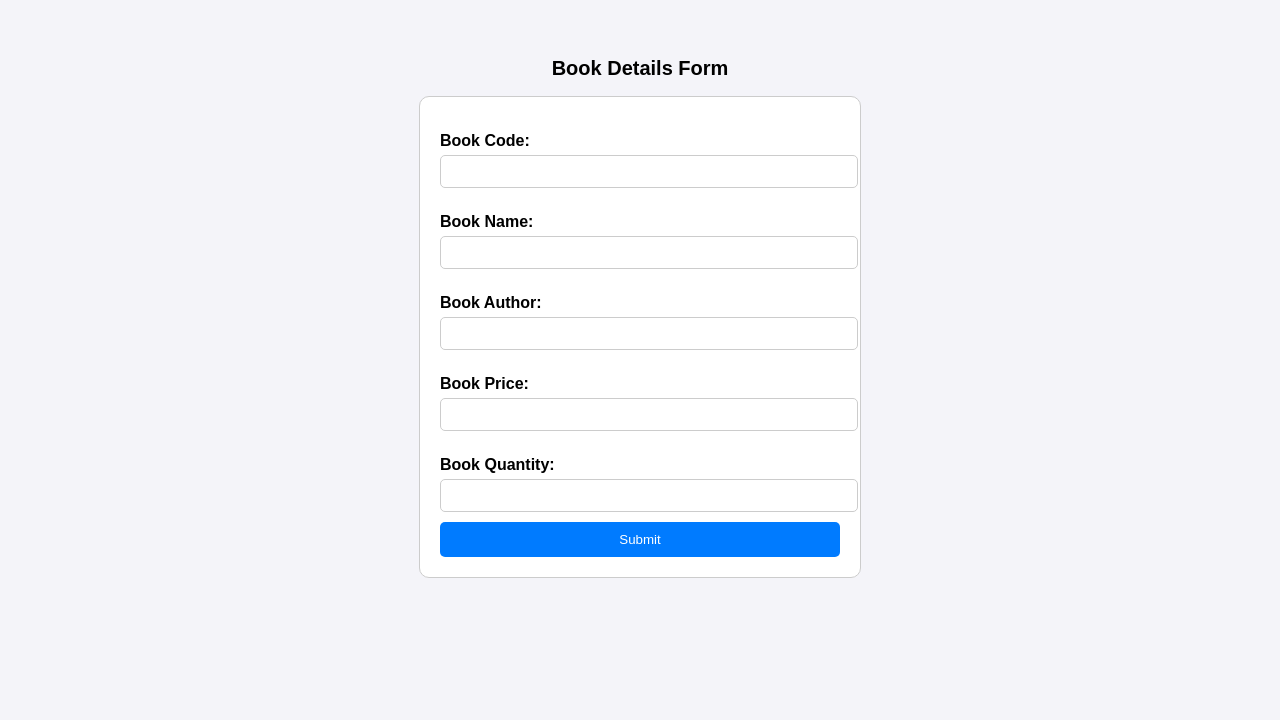
Repository: GokulLade/WebApps_with_Servlets_JSP
Page: 02_ReadDisplayBookDetails/src/main/webapp/index.html
The author's editor kept a copy of each file at every save. The page is drawn from the files as they stood at one save, then again after the next save.
The browser window is 1280 px wide. The pictures show the whole page.

Above is the page before, as saved 2024-11-30 11:05:12.

After the next save:
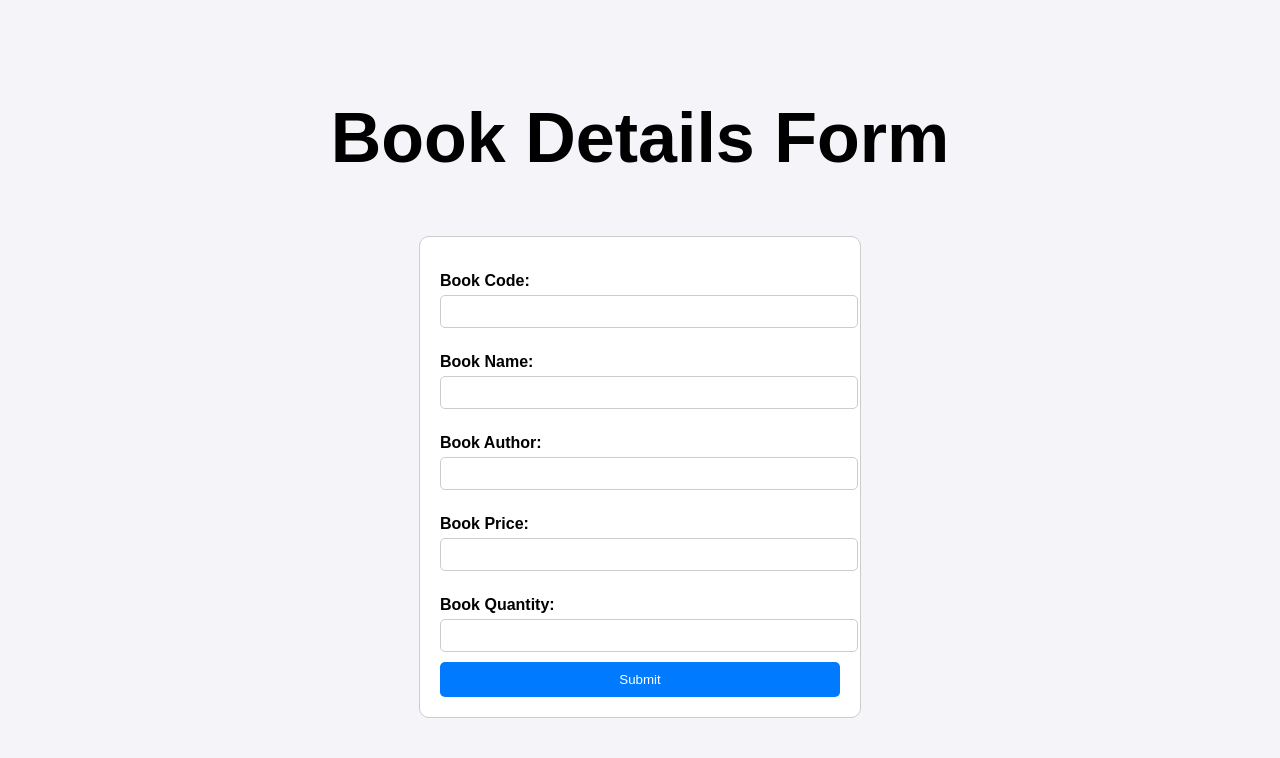
Saved 6 s later.
--- a/02_ReadDisplayBookDetails/src/main/webapp/index.html
+++ b/02_ReadDisplayBookDetails/src/main/webapp/index.html
@@ -15,7 +15,7 @@
         	display: flex;
         	justify-content: center;
         	color:black;
-        	font-size: 20px;
+        	font-size: 70px;
         }
         form {
             max-width: 400px;
